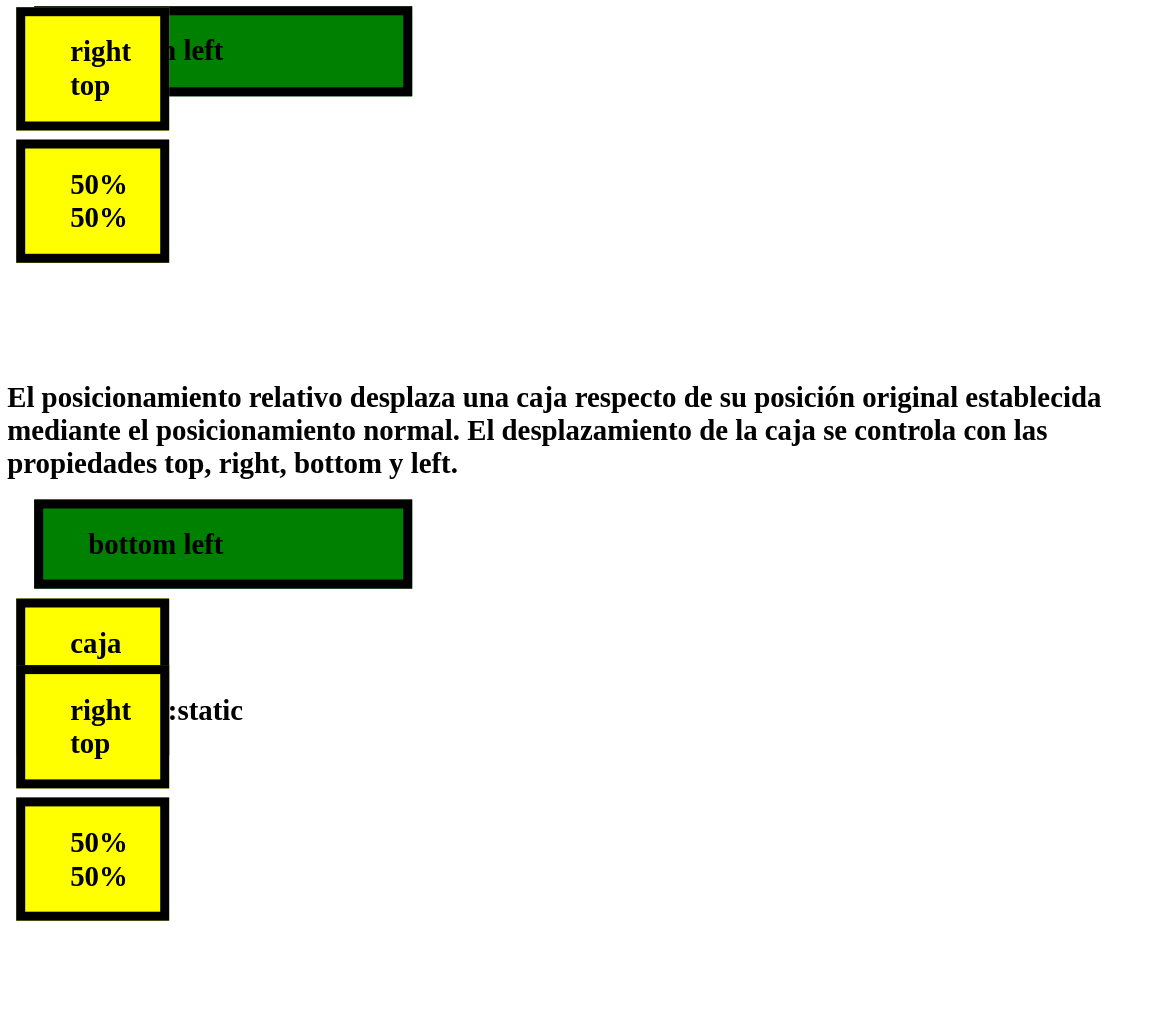
Repository: antonio63j/misNotas
Page: software/CSS/Demos/aptana_proyect/src/absoluto.html
The author's editor kept a copy of each file at every save. The page is drawn from the files as they stood at one save, then again after the next save.
The browser window is 1280 px wide. The pictures show the whole page, at 90% of full size.

Above is the page before, as saved 2017-04-23 16:35:36.

### software/CSS/Demos/aptana_proyect/src/absoluto.html
<!DOCTYPE html>
<html>
<head>
<style>


#caja0 {
  position:static;

  bottom:7px;
  width: 300px;
  padding-left:  50px;
  padding-right: 50px;
  margin-left:   10px;
  margin-right:  10px;
  border: 10px solid black;
  margin-bottom:10px;
  background-color:cian;
}

#caja1 {
  position:relative;
  bottom:1px;
  left:20px;
  width: 300px;
  padding-left:  50px;
  padding-right: 50px;
  margin-left:   10px;
  margin-right:  10px;
  border: 10px solid black;
  margin-bottom:10px;
  background-color:green;
}

#caja2 {
  position:relative;
  top:-110px;
  width: 50px;
  padding-left:  50px;
  padding-right: 50px;
  margin-left:   10px;
  margin-right:  10px;
  border: 10px solid black;
  margin-bottom:10px;
  background-color:yellow;
}

#caja3 {
  position:relative;
  top:-110px;
  width: 50px;
  padding-left:  50px;
  padding-right: 50px;
  margin-left:   10px;
  margin-right:  10px;
  border: 10px solid black;
  margin-bottom:10px;
  background-color:yellow;
}

#caja11 {
  position:relative;
  bottom:1px;
  left:20px;
  width: 300px;
  padding-left:  50px;
  padding-right: 50px;
  margin-left:   10px;
  margin-right:  10px;
  border: 10px solid black;
  margin-bottom:10px;
  background-color:green;
}

#caja22 {
  position:relative;
  top:-110px;
  width: 50px;
  padding-left:  50px;
  padding-right: 50px;
  margin-left:   10px;
  margin-right:  10px;
  border: 10px solid black;
  margin-bottom:10px;
  background-color:yellow;
}

#caja33 {
  position:relative;
  top:-110px;
  width: 50px;
  padding-left:  50px;
  padding-right: 50px;
  margin-left:   10px;
  margin-right:  10px;
  border: 10px solid black;
  margin-bottom:10px;
  background-color:yellow;
}

#caja44 {
  position:static;
  width: 250px;
  top:-110px;
  width: 50px;
  padding-left:  50px;
  padding-right: 50px;
  margin-left:   10px;
  margin-right:  10px;
  border: 10px solid black;
  margin-bottom:10px;
  background-color:yellow;
}


</style>
</head>



<body>

<div id="caja1"><h1>bottom left</h1></div>
<div id="caja2"><h1>right top</h1></div>
<div id="caja3"><h1>50% 50%</h1></div>

<h1>El posicionamiento relativo desplaza una caja respecto de su posición original establecida mediante el posicionamiento normal. El desplazamiento de la caja se controla con las propiedades top, right, bottom y left.</h1>

<div id="caja11"><h1>bottom left</h1></div>
<div id="caja44"><h1>caja con position:static</h1></div>
<div id="caja22"><h1>right top</h1></div>
<div id="caja33"><h1>50% 50%</h1></div>



</body>

</html>

After the next save:
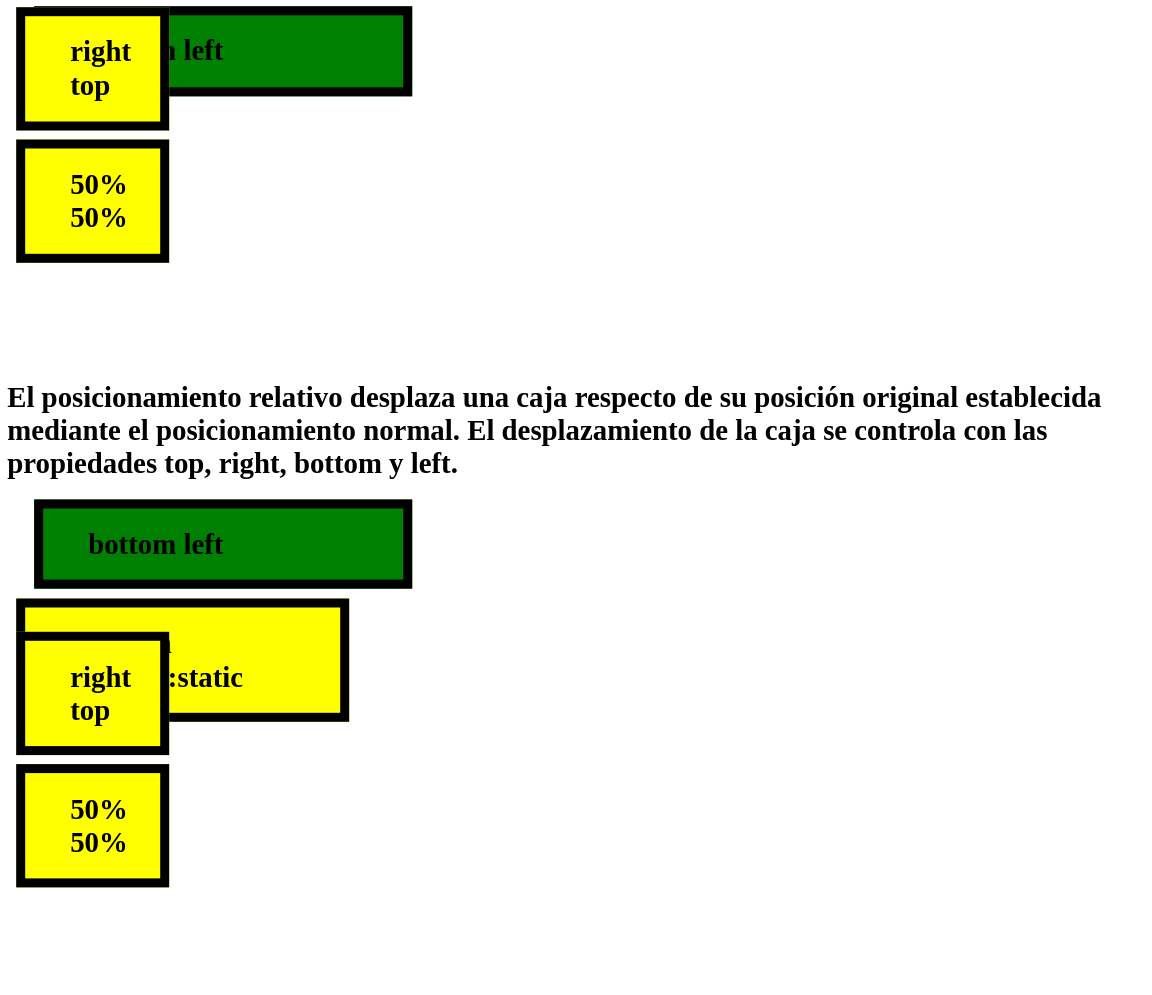
Saved 70 s later.
--- a/software/CSS/Demos/aptana_proyect/src/absoluto.html
+++ b/software/CSS/Demos/aptana_proyect/src/absoluto.html
@@ -100,9 +100,8 @@
 
 #caja44 {
   position:static;
+  top:-110px;
   width: 250px;
-  top:-110px;
-  width: 50px;
   padding-left:  50px;
   padding-right: 50px;
   margin-left:   10px;
